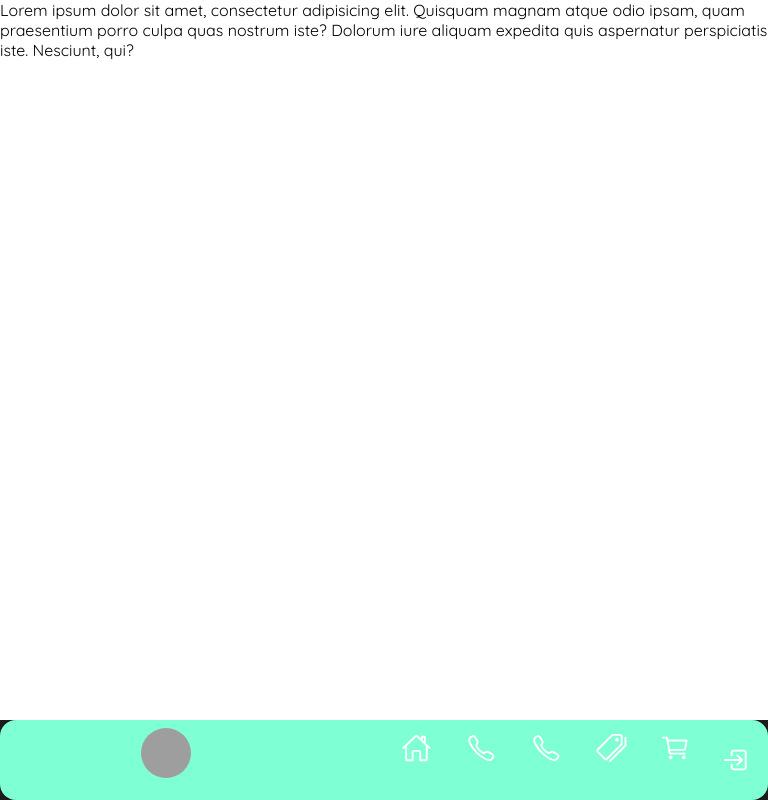
Repository: Fuocmanh/demo
Page: site/nav.html
An editor plug-in stored every save of this project. The page is shown before and after a run of saves, followed by the edit.
The browser window is 768 px wide. The pictures show the whole page.
Pictures or frames that could not be fetched are drawn as grey boxes.

Above is the page before, as saved 2022-12-30 13:22:32.

### site/nav.html
<!DOCTYPE html>
<html lang="en">

<head>
    <meta charset="UTF-8">
    <meta name="viewport" content="width=device-width, initial-scale=1" />
    <link rel="stylesheet" href="../css/style.css">
    <script type="module" src="https://unpkg.com/ionicons@5.5.2/dist/ionicons/ionicons.esm.js"></script>
    <script nomodule src="https://unpkg.com/ionicons@5.5.2/dist/ionicons/ionicons.js"></script>
</head>

<body >
    <section id="sidebar">
        <div class="sidebar">
            <a href="#" class="logo">
                <img src="https://i.pinimg.com/550x/dd/6d/22/dd6d2277032c5f365dd3149d45b3a820.jpg" alt="" class="logo-image" />
            </a>
            <nav>
                <ul class="menu">
                    <li class="menu-item">
                        <a href="#" class="menu-link">
                            <ion-icon name="home-outline"></ion-icon>
                            <span>Trang chủ</span>
                        </a>
                    </li>
                    <li class="menu-item">
                        <a href="#" class="menu-link">
                            <ion-icon name="call-outline"></ion-icon>
                            <span>Liên hệ</span>
                        </a>
                    </li>
                    <li class="menu-item">
                        <a href="#" class="menu-link">
                            <ion-icon name="call-outline"></ion-icon>
                            <span>Giới thiệu</span>

                        </a>
                    </li>
                    <li class="menu-item">
                        <a href="#" class="menu-link">
                            <ion-icon name="pricetags-outline"></ion-icon>
                            <span>Sản phẩm</span>
                        </a>
                    </li>
                    <li class="menu-item">
                        <a href="#" class="menu-link">
                            <ion-icon name="cart-outline"></ion-icon>
                            <span>Giỏ hàng</span>
                        </a>
                    </li>
                    <li class="menu-item" style="margin: -5px;">
                        <a href="#" class="menu-link">
                            <ion-icon name="log-in-outline"></ion-icon>
                            <span>Đăng xuất</span>
                        </a>
                    </li>
                </ul>
            </nav>

            <!-- <div class="">
                <a href="#!"><ion-icon name="log-in-outline"></ion-icon></a>
            </div> -->
        </div>
    </section>
    <section>
        <p>Lorem ipsum dolor sit amet, consectetur adipisicing elit. Quisquam magnam atque odio ipsam, quam praesentium porro culpa quas nostrum iste? Dolorum iure aliquam expedita quis aspernatur perspiciatis iste. Nesciunt, qui?</p>
    </section>
    <script src="../js/style.js"></script>
</body>

</html>

### css/style.css
@import url('https://fonts.googleapis.com/css2?family=Quicksand:wght@300;400;500;600;700&display=swap');

html {
    font-family: 'Quicksand', sans-serif;
}

* {
    /* font-size: 18px; */
    width: 100%;
    margin: 0px;
    padding: 0px;
    box-sizing: border-box;
}

body {
    width: 100%;
    display: flex;
    gap: 5px;
}

#sidebar {
    height: 100%;
    width: max-content;
    /* background-color: aqua; */
    margin-left: 5px;
    margin-top: 5%;
}

.sidebar {
    background-color: #1A1C1E;
    width: 80px;
    height: 100%;
    padding: 40px 5px;
    border-radius: 16px;
    transition: 0.5s;
    /* transform: translate(0px,20%);    */

}



ion-icon {
    font-size: 30px;
    color: #FFFFFF;
}

.sidebar:not(:hover) .logo-image {
    transform: translate(-16px, -7px);
}

.logo {
    width: 100%;
    height: 50px;
}

.logo-image {
    transform: translateY(-8px);
    margin: 0 40%;
    width: 50px;
    height: 50px;
    border-radius: 50%;
}

.sidebar:hover {
    width: 200px;
}

.sidebar:not(:hover) .menu-link span {
    display: none;
}

li {
    width: 100%;
    display: flex;
    align-items: center;
    justify-content: center;
    margin-bottom: 25px;
}

.menu-link {
    width: 100%;
    display: flex;
    color: #FFFFFF;
    list-style: none;
    text-decoration: none;
    padding: 10px;
    border-radius: 9% 91% 91% 9% / 52% 48% 52% 48%;
}

.menu-link:hover {
    border-radius: 9% 91% 91% 9% / 52% 48% 52% 48%;
    background-color: rgba(0, 0, 0, .5);
}

.menu-link span {
    transform: translate(-25px, 5px);
}

@media screen and (max-width:768px) {

    #sidebar {
        position: absolute;
        bottom: 0;
        margin: 0;
        height: max-content;
        width: 100%;
        background-color: #1A1C1E;
    }

    .sidebar {
        display: flex;
        flex-direction: row;
        align-items: center;
        justify-content: center ;
        background-color: aquamarine;
        width: 100%;
        height: 80px;
    }
    .menu{
        display: flex;
        align-items: center;
        justify-content: center ;
        flex-direction: row;
    }
    .sidebar:hover {
        width: 100%;
        /* height: max-content; */
    }

    .sidebar .menu-link span {
        display: none;
    }

    .sidebar:hover .logo-image {
        transform: translate(-16px, -7px);

    }
    .menu-link span,.logo-image {
        transform: translate(0px);
    }
    li{
        margin-bottom: 25px;
    }
}

### js/style.js
var nav = document.getElementById('nav');
function hideShowNav(){
    display=nav.style.display ;
    display=='none'?nav.style.display ='block':nav.style.display ='none';
    // nav.style.opacity='1';
}
// function onchane(){
//     let width = document.getElementsByClassName('.box').style.width='50%';
// console.log(width);
// }

After the next 2 saves:
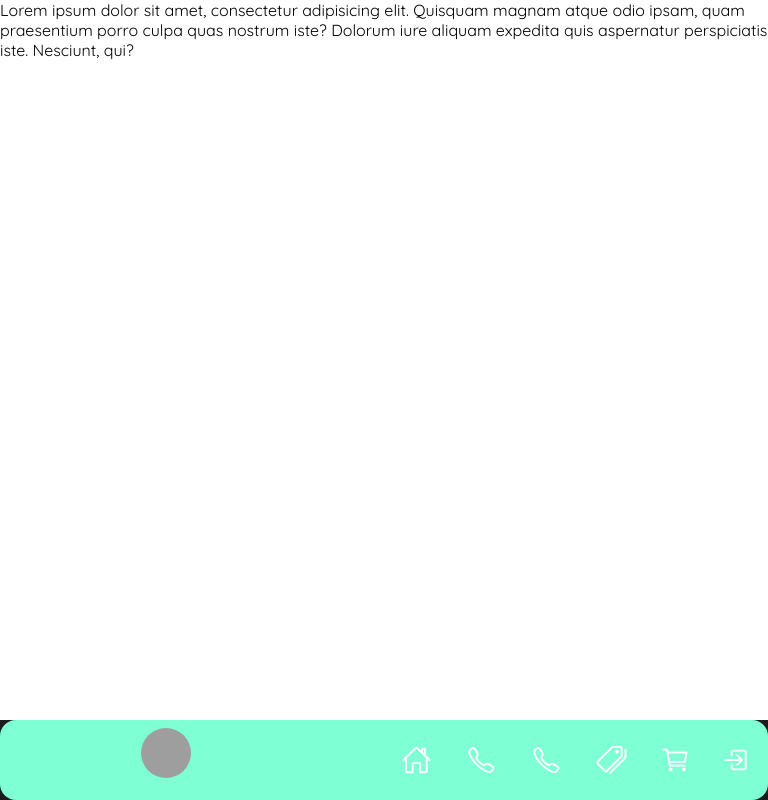
The 2 saves are shown as one change because they came seconds apart.
The last was saved 7 s later.
--- a/css/style.css
+++ b/css/style.css
@@ -139,6 +139,6 @@ li {
         transform: translate(0px);
     }
     li{
-        margin-bottom: 25px;
+        margin: 0;
     }
 }
